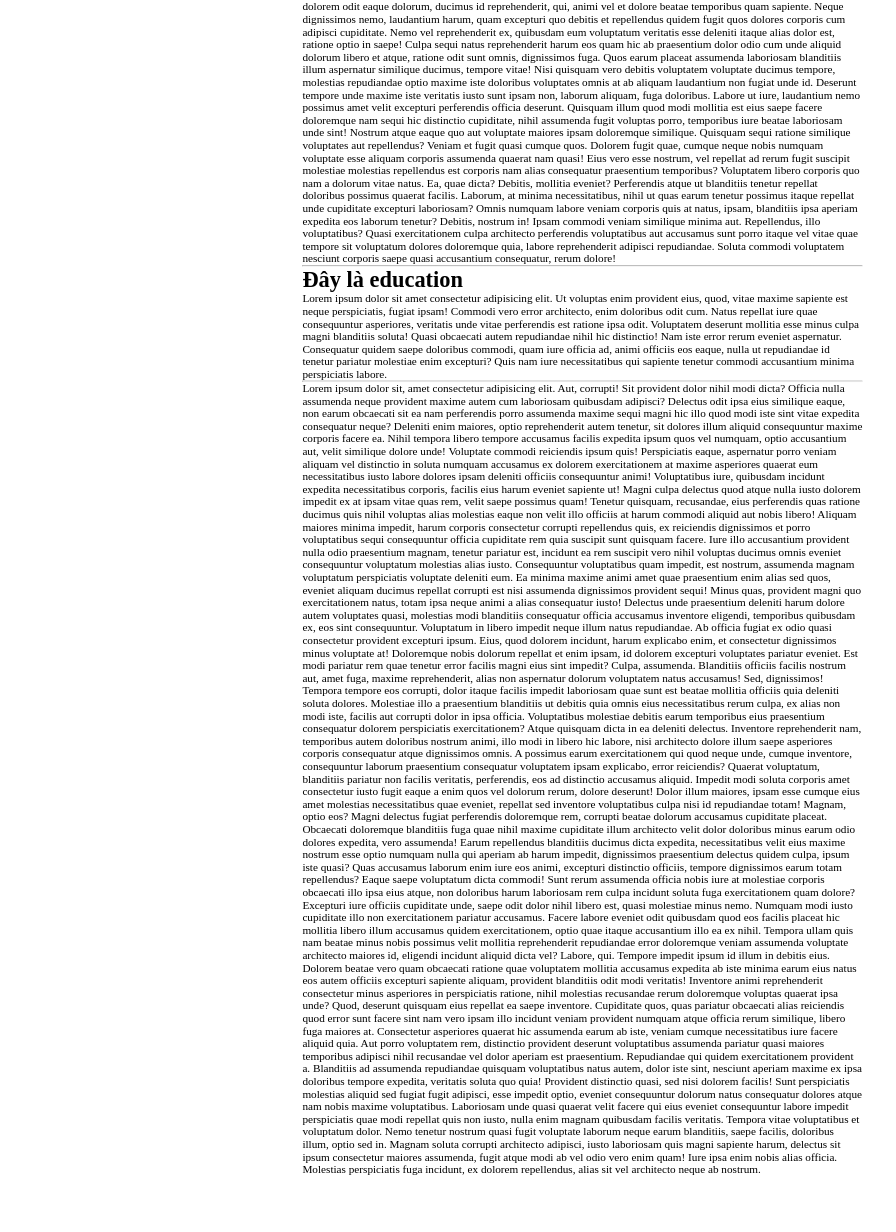
Repository: KinD2704/Web-University
Page: test/index.html
These files come from the project's save history. The page is drawn as it stood at one moment and after the next save; the edit follows.
The browser window is 1280 px wide. The pictures show the part of the page from y = 917 to 2837 px (the page is 2677 px tall before and 2837 px after), at 70% of full size.

Above is the page before, as saved 2023-12-01 22:48:46.

After the next save:
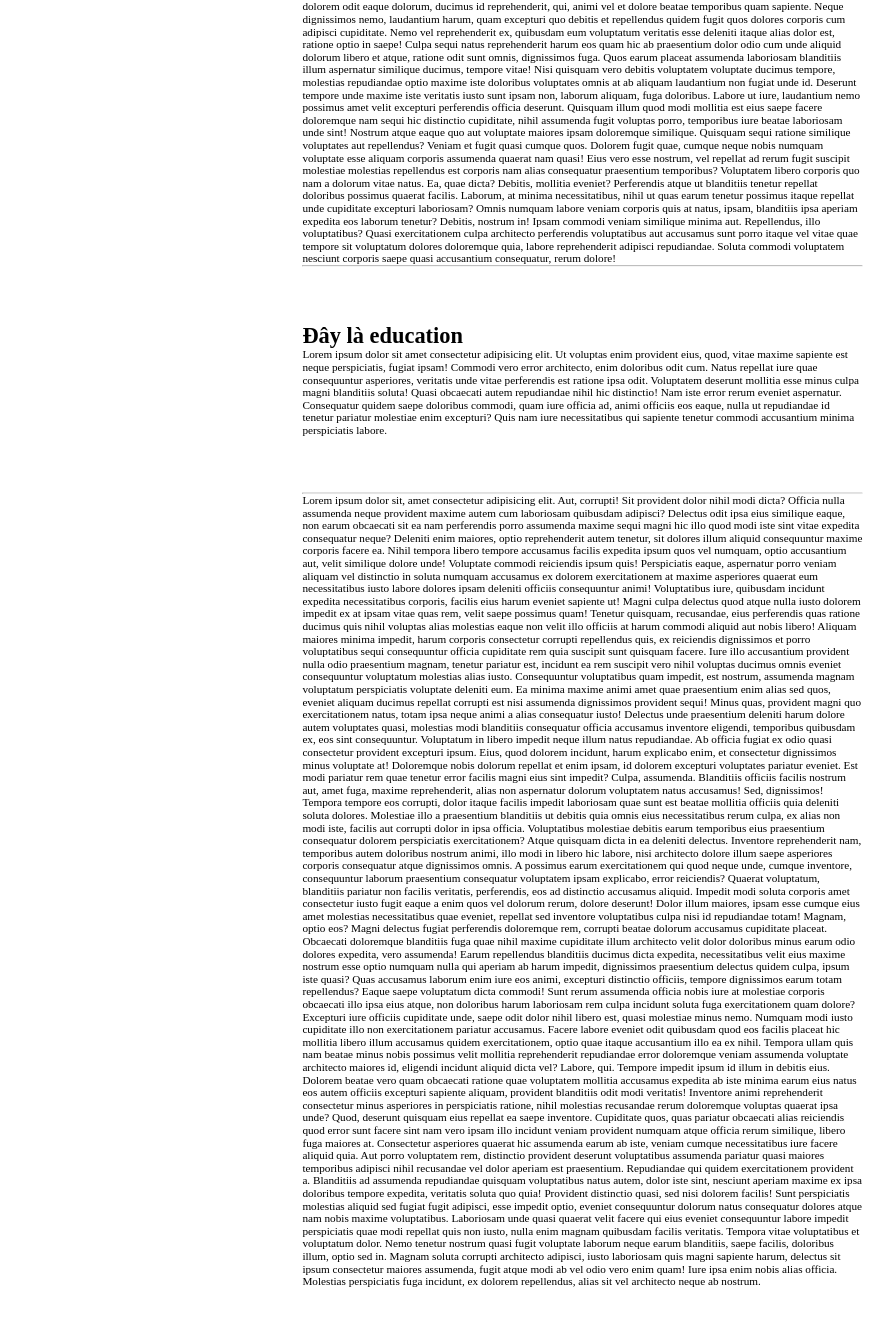
Saved 34 s later.
--- a/test/style.css
+++ b/test/style.css
@@ -21,6 +21,7 @@
     padding: 5rem 3rem;
     margin-left: 30%;
 }
-.main .para .aboutme {
+.main .para .aboutme,
+.main .para .Education {
     padding: 5rem 0;
 }
